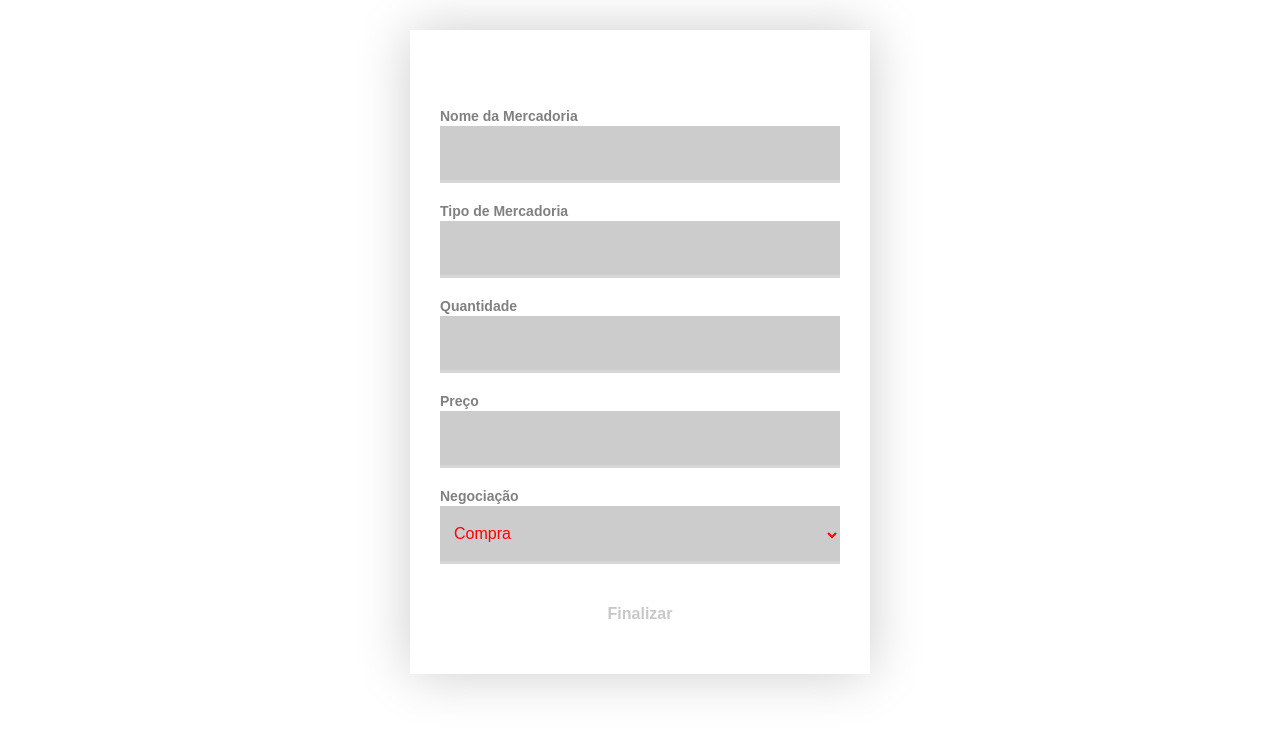
Repository: felipedischer/valemobi
Page: http://localhost/Valemobi/
These files come from the project's save history. The page is drawn as it stood at one moment and after the next save; the edit follows.
The browser window is 1280 px wide. The pictures show the whole page.
The page is served by Tomcat 9. Other server files are loaded and not shown.

Above is the page before, as saved 2016-09-28 04:08:59.

### Valemobi/WebContent/index.jsp
<%@ page language="java" contentType="text/html; charset=ISO-8859-1"
    pageEncoding="ISO-8859-1"%>
<!DOCTYPE html PUBLIC "-//W3C//DTD HTML 4.01 Transitional//EN" "http://www.w3.org/TR/html4/loose.dtd">
<html>
<head>
<meta http-equiv="Content-Type" content="text/html; charset=ISO-8859-1">

<link rel="stylesheet" type="text/css" href="estilo/css/estilo.css">

<title>Plataforma de Negociação</title>

</head>
<body>

<main id="conteudo">
		<div class="container">
			<form action="contatoservlet" method="post">
				<h2>Cadastro de Mercadoria</h2>


				<div class="grupo">
					<label for="campo1">Nome da Mercadoria</label>
					<input type="text" id="campo1" name="nome">
				</div>

				<div class="grupo">
					<label for="campo2">Tipo de Mercadoria</label>
					<input type="text" id="campo2" name="tipo">
				</div>

				<div class="grupo">
					<label for="campo3">Quantidade</label>
					<input type="number" id="campo3" name="quantidade">
				</div>

				<div class="grupo">
					<label for="campo4">Preço</label>
					<input type="text" id="campo4" name="preco">
				</div>

				<div class="grupo">
					<label for="campo5">Negociação</label>
					<select id="campo5" name="negociacao">
						<option value="COMPRA">Compra</option>
						<option value="VENDA">Venda</option>
					</select>
				</div>
				<button class="btn btn-cadastrar" type="submit">Finalizar</button>
			</form>
		</div>
	</main>






</body>
</html>

### Valemobi/WebContent/estilo/css/estilo.css

*{
	margin: 0px;
	padding: 0px;
	outline: none;
	font-family: "Arial";
	color: #bbbbbb;
	text-decoration: none;
}
.container{
	box-sizing: border-box;
	display: block;
	margin: auto;
	padding: 0px 15px;
	width: 1170px;
	max-width: 100%;
}

body{
	padding-bottom: 40px;
	background: white;
	width: 100%;
	height: 100%;
	position: relative;
}



/*CONTEUDO*/
#conteudo{
	padding: 30px 0px;
}
form label{
	color: white;
}
form {
	padding: 30px;
	max-width: 400px;
	margin: auto;
	box-shadow: 0px 0px 52px 0px rgba(0,0,0,0.2);
	animation: fadeIn 1.5s cubic-bezier(0.19,1,0.22,1);
}

form h2{
	text-align: center;
	margin-bottom: 20px;
	color: white;
}
form .grupo{
	margin-bottom: 20px;
}
form .grupo > *{
	display: block;
}
form .grupo label{
	font-weight: bold;
	font-size: 14px;
	margin-bottom: 2px;
	color: Grey;
}
form .grupo input, form .grupo select{
	border: none;
	box-sizing: border-box;
	width: 100%;
	padding: 10px;
	font-size: 16px;
	background: rgba(0,0,0,0.2);
	color: red;
    padding: 18px 10px;
    border-bottom: solid 3px rgba(255,255,255,0.2);
    transition: all 0.4s cubic-bezier(0.19,1,0.22,1);
}

.btn{
	cursor: pointer;
	font-weight: bold;
	display: block;
	height: 50px;
	padding: 10px 20px;
	border-radius: 25px;
	border: none;
	font-weight: bold;
	font-size: 16px;
	background: white;
	opacity: 0.8;
	transition: all 1s cubic-bezier(0.19,1,0.22,1);
}
.btn:hover{
	opacity: 1;

}
form > .btn{
	width: 100%;
	height: 60px;
	border-radius: 30px;
}

After the next save:
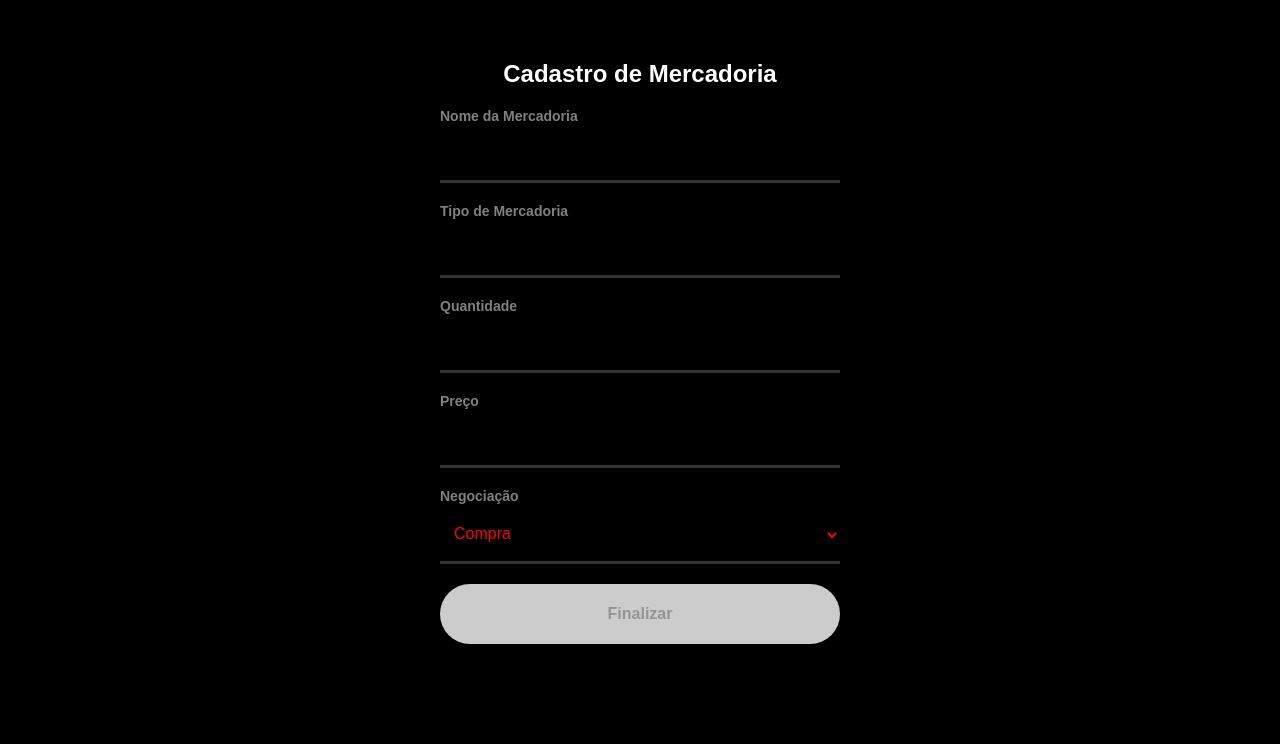
Saved 11 s later.
--- a/Valemobi/WebContent/estilo/css/estilo.css
+++ b/Valemobi/WebContent/estilo/css/estilo.css
@@ -18,7 +18,7 @@
 
 body{
 	padding-bottom: 40px;
-	background: white;
+	background: black;
 	width: 100%;
 	height: 100%;
 	position: relative;
